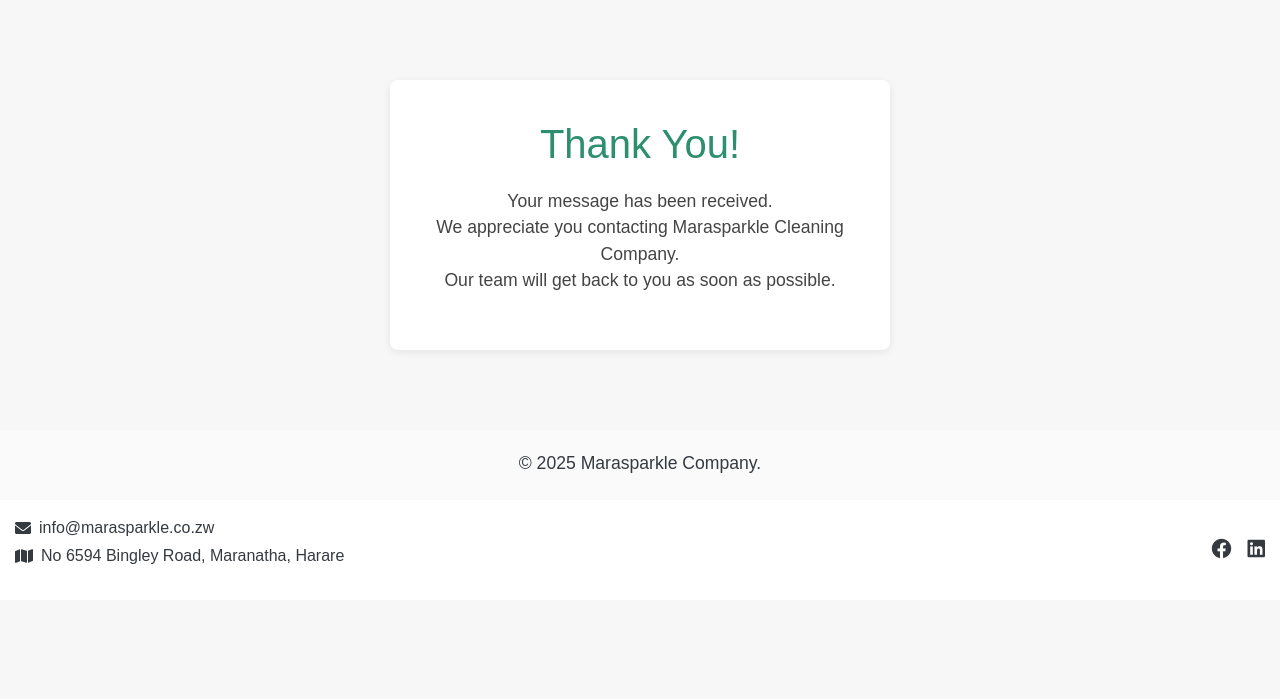
Repository: guineveretim/sparkle
Page: http://localhost/thankyou/
These files come from the project's save history. The page is drawn as it stood at one moment and after the next save; the edit follows.
The browser window is 1280 px wide. The pictures show the whole page.
The page is served by the project's application, run on Django 5.2 (manage.py).

Above is the page before, as saved 2025-05-31 12:01:36.

After the next save:
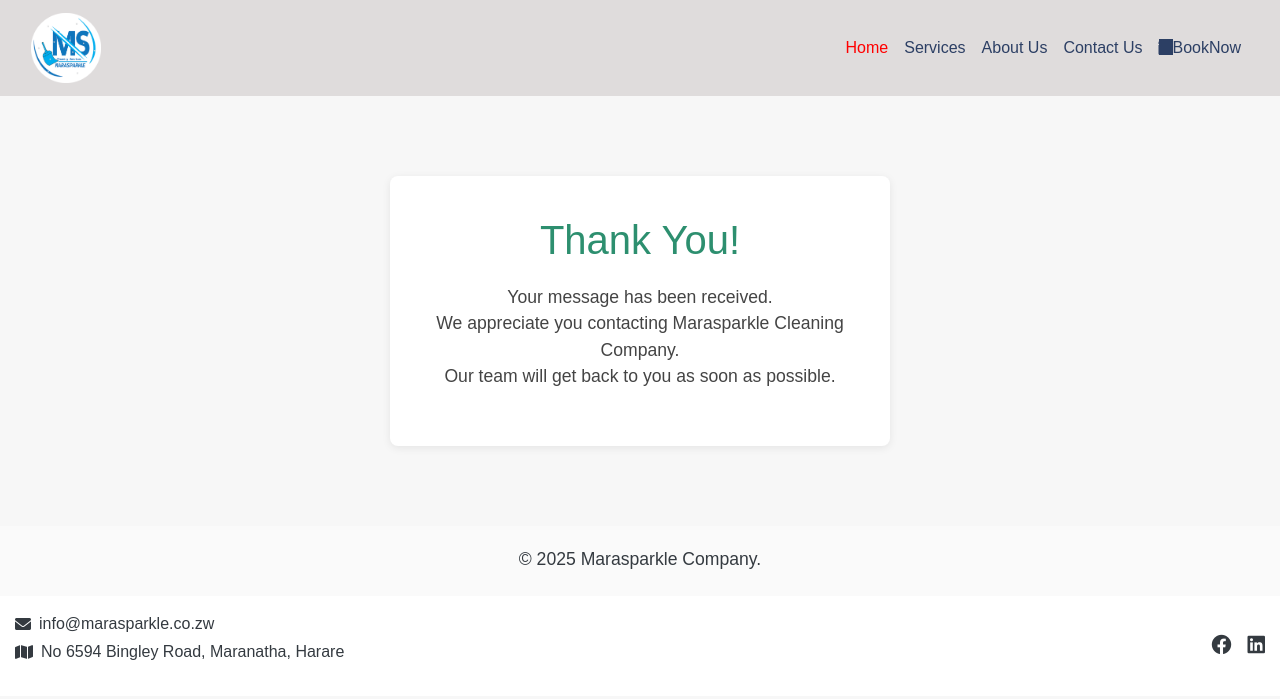
Saved 108 s later.
--- a/templates/application/thankyou.html
+++ b/templates/application/thankyou.html
@@ -59,6 +59,40 @@
   </style>
 </head>
 <body>
+   <!-- ***** Header Area Start ***** -->
+    <nav class="navbar navbar-expand-lg navbar-light" style="background-color:rgba(167, 156, 156, 0.3);">
+        <div class="container-fluid">
+            <a class="navbar-brand" href="{% url 'services_details' %}">
+                <img src="{% static 'icons/Maralog.png' %}" style="width:70px;" alt="Logo">
+            </a>
+            <button class="navbar-toggler" type="button" data-toggle="collapse" data-target="#navbarNav" aria-controls="navbarNav" aria-expanded="false" aria-label="Toggle navigation">
+                <span class="navbar-toggler-icon" style="color:white;"></span>
+            </button>
+
+            <div class="collapse navbar-collapse" id="navbarNav">
+                <ul class="navbar-nav ml-auto">
+                    <li class="nav-item">
+                        <a class="nav-link" href="{% url 'home' %}" style="color:red;">Home <span class="sr-only">(current)</span></a>
+                    </li>
+                    <li class="nav-item active">
+                        <a class="nav-link" href="{% url 'services_details' %}" style="color:#2c3f64;">Services</a>
+                    </li>
+                    <li class="nav-item">
+                        <a class="nav-link" href="{% url 'about' %}" style="color:#2c3f64;">About Us</a>
+                    </li>
+                    <li class="nav-item">
+                        <a class="nav-link" href="{% url 'contact' %}" style="color:#2c3f64;">Contact Us</a>
+                    </li>
+                    <li class="nav-item">
+                        <a class="nav-link" href="{% url 'login' %}" style="color:#2c3f64;">
+                            <i class="fas fa-calendar" style="background-color:#2c3f64;"></i>BookNow
+                        </a>
+                    </li>
+                </ul>
+            </div>
+        </div>
+    </nav>
+    <!-- ***** Header Area End ***** -->
 
   <div class="container">
     <h1>Thank You!</h1>
